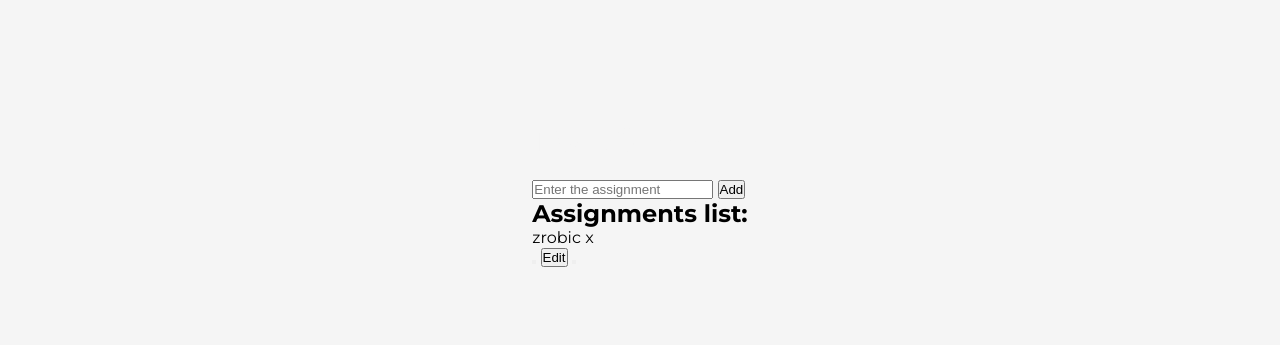
Repository: kimi1723/To-do-app
Page: index.html
The author's editor kept a copy of each file at every save. The page is drawn from the files as they stood at one save, then again after the next save.
The browser window is 1280 px wide. The pictures show the whole page.
Some web libraries are served in a nearby version.

Above is the page before, as saved 2023-03-31 10:48:37.
Console error: TypeError: Cannot read properties of null (reading 'addEventListener')

After the next save:
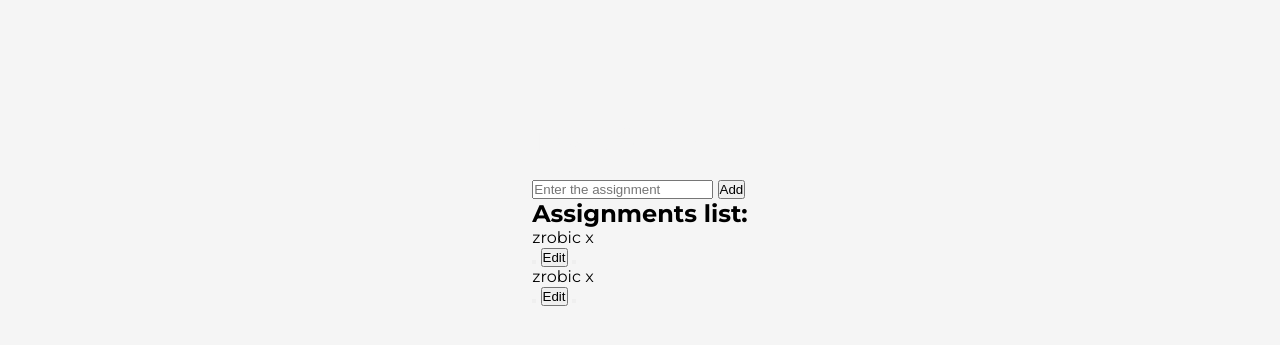
Saved 7 s later.
--- a/index.html
+++ b/index.html
@@ -34,6 +34,17 @@
                 </div>
             </div>
 
+            <div class="to-do-assignment">
+                <p class="to-do-assignment__text">zrobic x</p>
+
+                <div class="to-do-buttons">
+                    <button class="to-do-buttons__button"></button>
+                    <button class="to-do-buttons__button to-do-buttons__button--edit">Edit</button>
+                    <button class="to-do-buttons__button"></button>
+                </div>
+            </div>
+
+
         </div>
 
 
